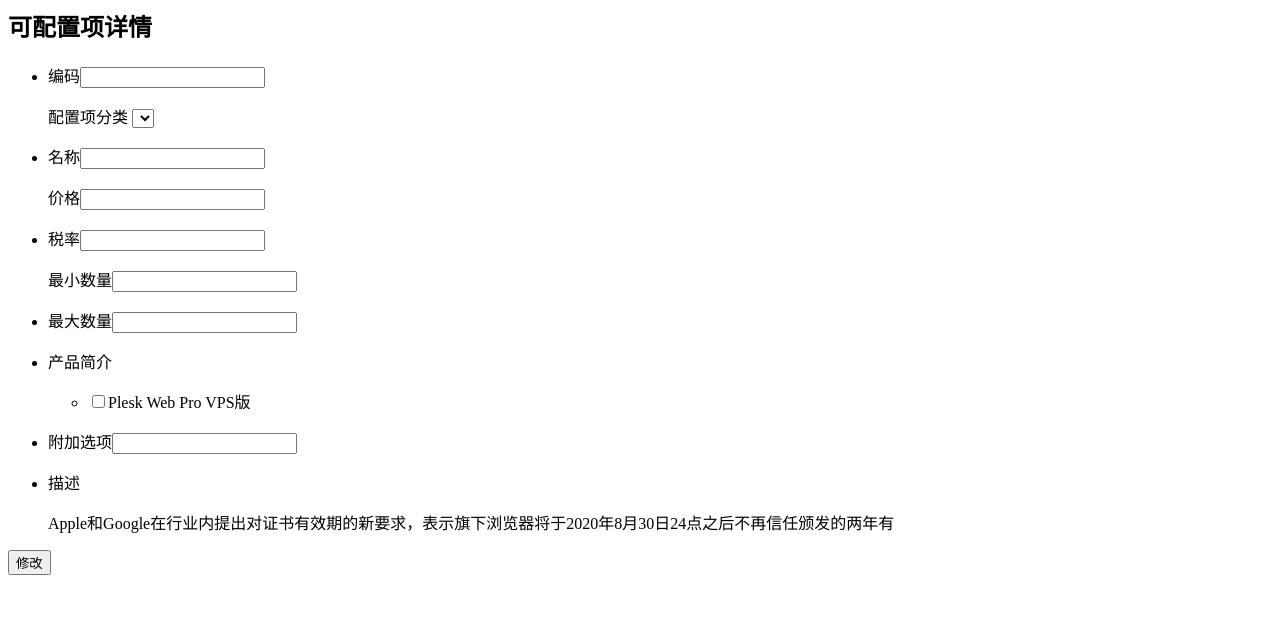
Repository: wangyan466393/racentSystem
Page: configurableDetail.html
The author's editor kept a copy of each file at every save. The page is drawn from the files as they stood at one save, then again after the next save.
The browser window is 1280 px wide. The pictures show the whole page.

Above is the page before, as saved 2020-08-12 15:02:22.

### configurableDetail.html
<div id="content_box">
    <h2>可配置项详情</h2>
<div class="config_box">
    <div class="config_content">
        <ul>
            <li>

                <p>
                    <span>编码</span><input type="text" class="config_inp">
                </p>
                <p>
                    <span>配置项分类</span>
                    <select name="" id="" class="config_inp">
                        <option value=""></option>
                    </select>
                </p>
            </li>
            <li>

                <p>
                    <span>名称</span><input type="text" class="config_inp">
                </p>
                <p>
                    <span>价格</span><input type="number" class="config_inp">
                </p>
            </li>
            <li>

                <p>
                    <span>税率</span><input type="number" class="config_inp">
                </p>
                <p>
                    <span>最小数量</span><input type="number" class="config_inp">
                </p>
            </li>
            <li>

                <p>
                    <span>最大数量</span><input type="number" class="config_inp">
                </p>
            </li>
            <li>
               <p> <span>产品简介</span></p>
                <ul class="intro">
                    <li>
                        <input type="checkbox"><label for="">Plesk Web Pro VPS版</label>
                    </li>
                </ul>
            </li>
            <li>
                <p>
                    <span>附加选项</span><input type="text" class="config_inp">
                </p>

            </li>
            <li>
               <p> <span>描述</span></p>
                <div class="e_content" style="width: 100%;">
                    <p>
                        Apple和Google在行业内提出对证书有效期的新要求，表示旗下浏览器将于2020年8月30日24点之后不再信任颁发的两年有
                    </p>
                </div>
            </li>

        </ul>
    </div>
</div>
</div>
<div class="email_back_btn">
    <button type="button">修改</button>
</div>

After the next save:
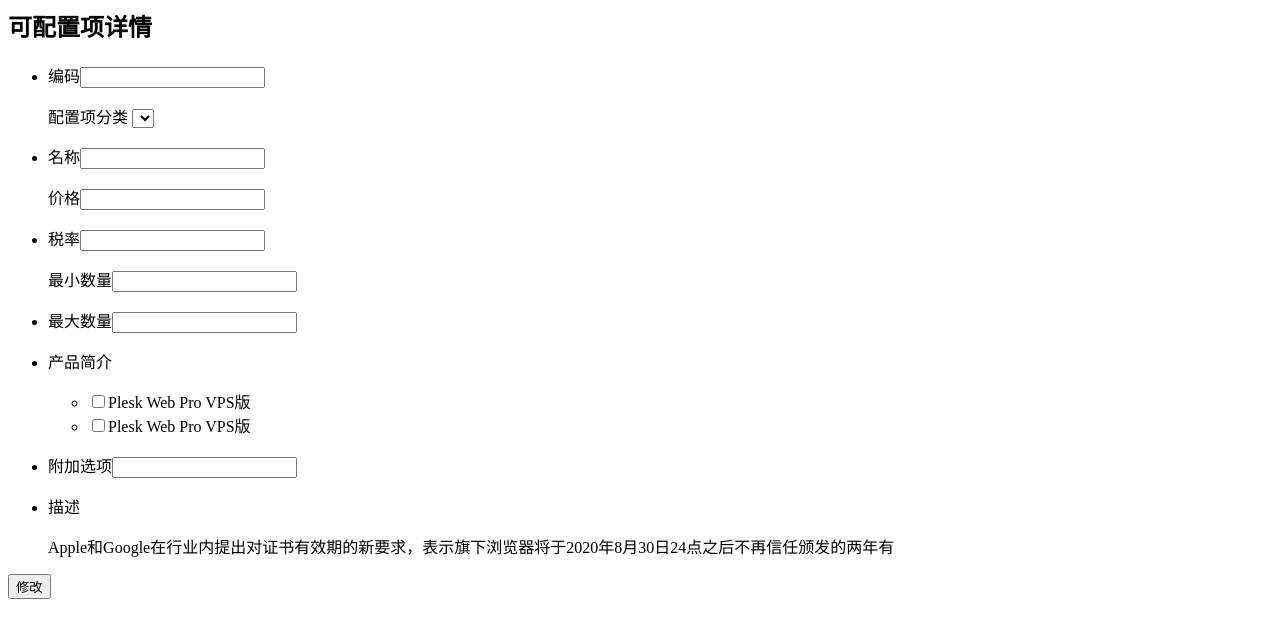
Saved 10 s later.
--- a/configurableDetail.html
+++ b/configurableDetail.html
@@ -45,6 +45,9 @@
                     <li>
                         <input type="checkbox"><label for="">Plesk Web Pro VPS版</label>
                     </li>
+                    <li>
+                        <input type="checkbox"><label for="">Plesk Web Pro VPS版</label>
+                    </li>
                 </ul>
             </li>
             <li>
